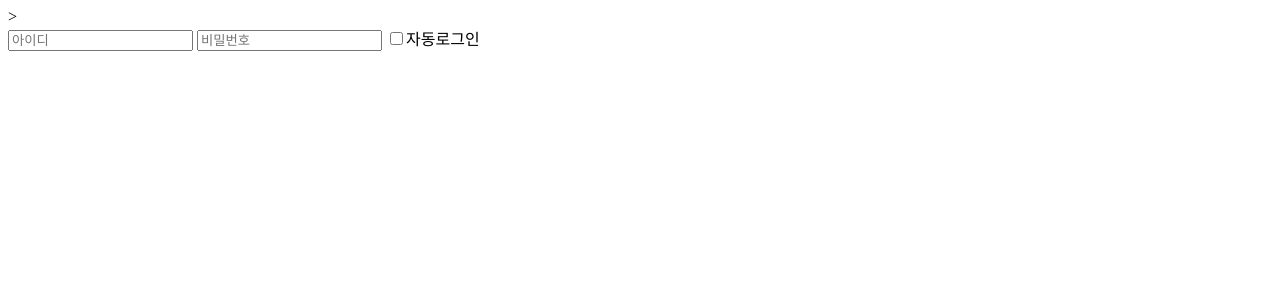
Repository: eun-chongzzz/jsp_practice
Page: http://localhost/JSPBasic/jspObject/3.cookie/cookie_login.jsp
These files come from the project's save history. The page is drawn as it stood at one moment and after the next save; the edit follows.
The browser window is 1280 px wide. The pictures show the whole page.
The page is served by Tomcat 9.

Above is the page before, as saved 2022-02-07 01:13:59.

After the next save:
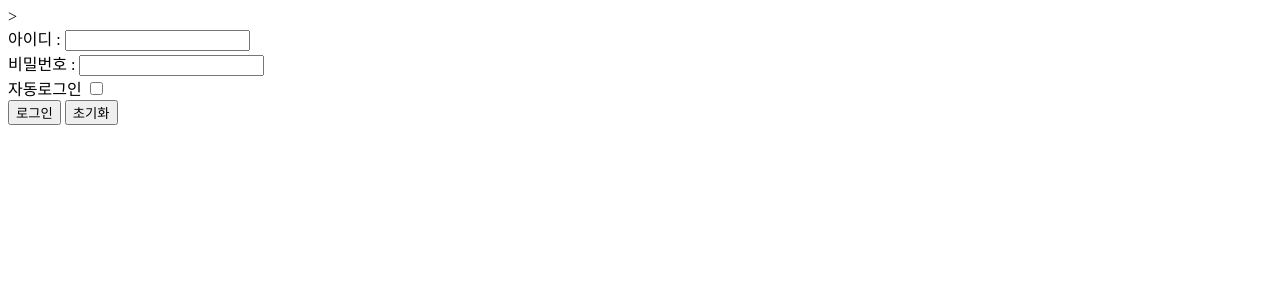
Saved 6 min 19 s later.
--- a/JSPBasic/src/main/webapp/jspObject/3.cookie/cookie_login.jsp
+++ b/JSPBasic/src/main/webapp/jspObject/3.cookie/cookie_login.jsp
@@ -19,9 +19,11 @@ input text 1개(유저 아이디 입력,) input password 1개(비밀번호 입
 input checkbox 1개(자동로그인)
 목적지는 cookie_login_ok.jsp 으로 해주세요. -->>
 	<form action="cookie_login_ok.jsp" method="post">
-		<input type="text" name="user_id" placeholder="아이디">
-		<input type="password" name="user_pw" placeholder="비밀번호">
-		<input type="checkbox" name="login" value="자동로그인">자동로그인
+		아이디 : <input type="text" name="user_id"><br>
+		비밀번호 : <input type="password" name="user_pw"><br>
+		자동로그인 <input type="checkbox" name="auto" value="checked"><br>
+		<input type="submit" value="로그인">
+		<input type="reset" value="초기화">
 	</form>
 </body>
 </html>
